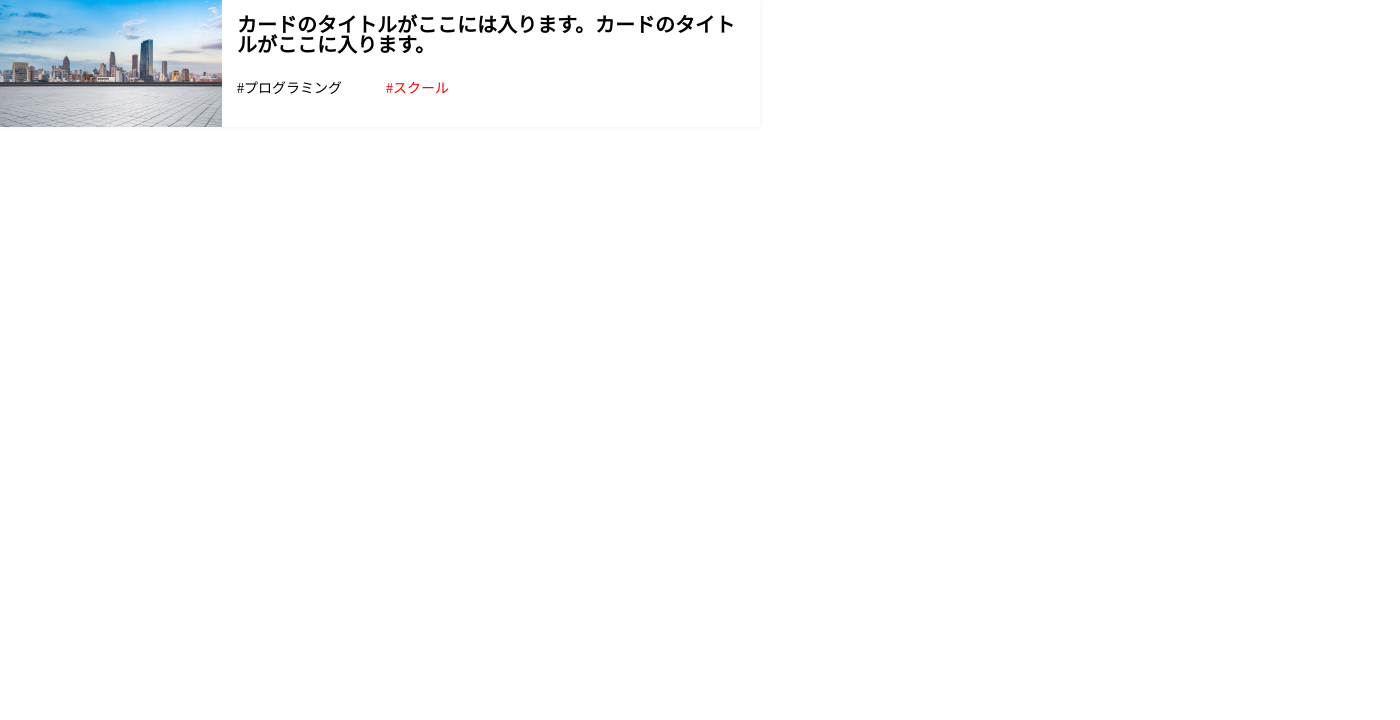
Repository: yosuke257/20231104_watanabe_css
Page: coachtech/html-css/index.html
An editor plug-in stored every save of this project. The page is shown before and after the next save, followed by the edit.
The browser window is 1280 px wide. The page is 1280 px wide, then 1400 px, so the pictures cover 1400 px, including what lies to the right of the window. The pictures show the whole page.

Above is the page before, as saved 2023-10-22 23:48:32.

After the next save:
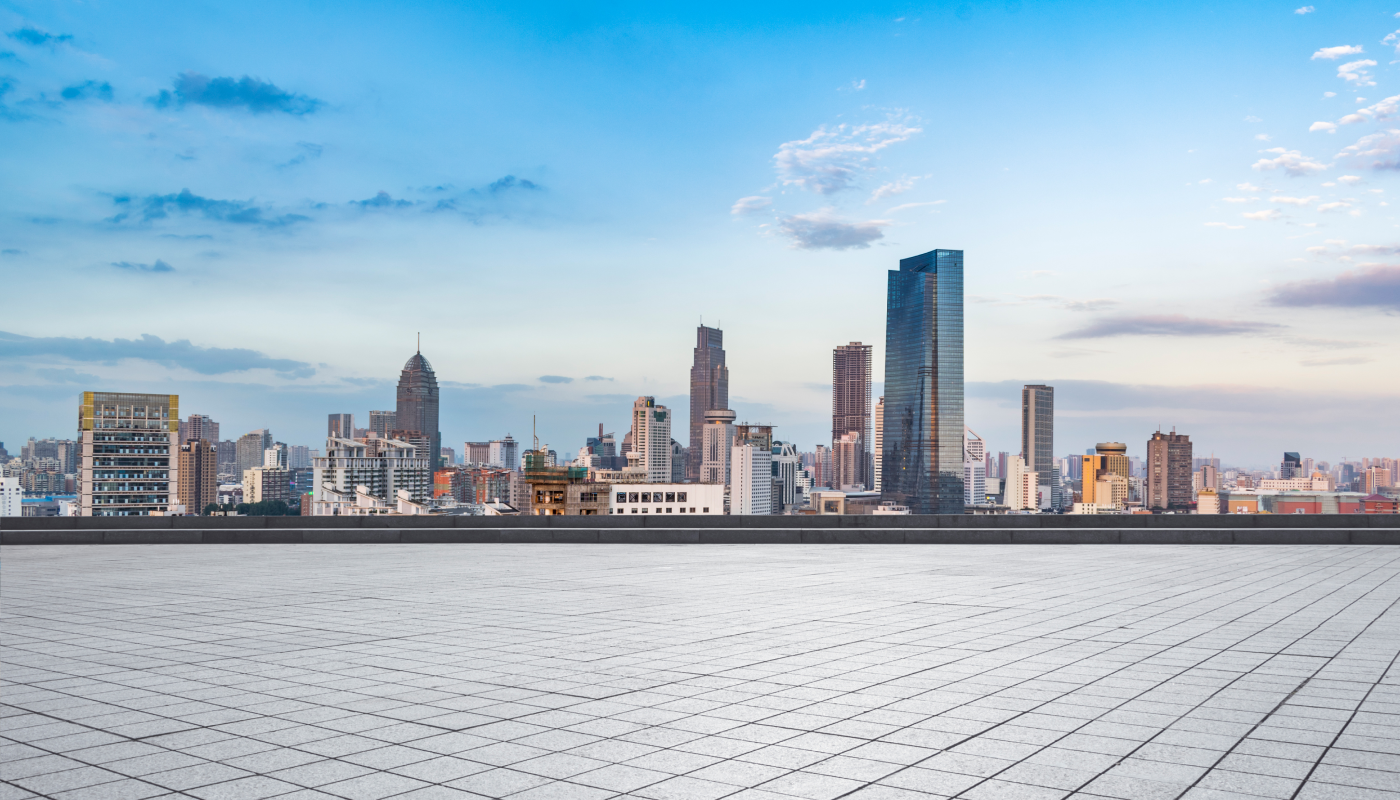
Saved 79 s later.
--- a/coachtech/html-css/index.html
+++ b/coachtech/html-css/index.html
@@ -11,14 +11,8 @@
 
 <body>
     <div class="card">
-        <div class="card__img">
-            <img src="img/mv.png" alt="" />
-        </div>
-        <div class="card__content">
-            <h2 class="card__content-ttl">カードのタイトルがここには入ります。カードのタイトルがここに入ります。</h2>
-            <p class="card__content-tag">#プログラミング</p>
-            <p class="card__content-tag card__content-tag--red">#スクール</p>
-        </div>
+        <div class="card__img"></div>
+        <img src="img/mv.png" alt="">
     </div>
 </body>
 
